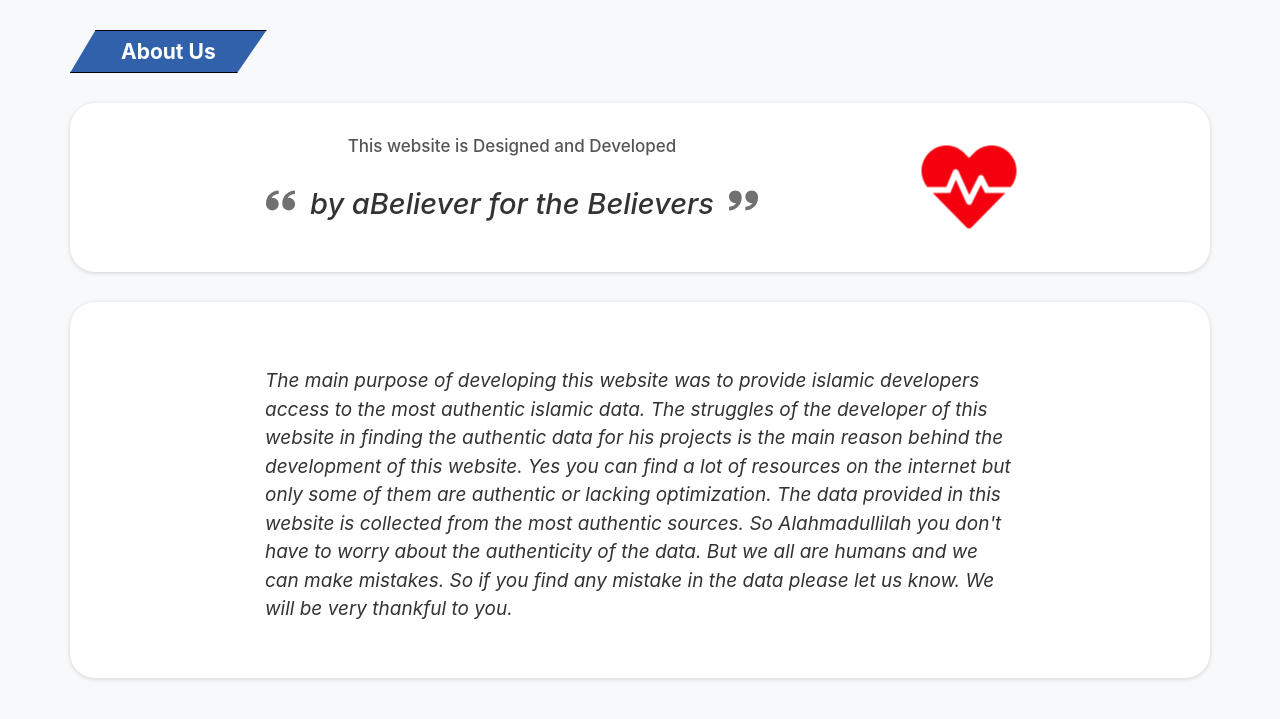
Repository: SpicierEwe/islamic-dev-repo
Page: /legal/about_us
An editor plug-in stored every save of this project. The page is shown before and after the next save, followed by the edit.
The browser window is 1280 px wide. The pictures show the whole page.
The project was rebuilt for these pictures with package versions that can differ from the ones it lists, and the page was loaded fresh each time. The framework's server and built-in components were replaced by stand-ins that run in the browser. Also part of the build but not shown: next.config.js.

Above is the page before, as saved 2022-09-16 17:41:06.

### pages/_app.js
import "../styles/globals.css";
import { DataContextProvider } from "../store/data_context";

function MyApp({ Component, pageProps }) {
  return (
    <DataContextProvider>
      <Component {...pageProps} />
    </DataContextProvider>
  );
}

export default MyApp;

### pages/legal/about_us.js
import AboutUs from "../../components/legal/about_us/about_us";

export default function Legal() {
  return (
    <div>
      <AboutUs></AboutUs>
    </div>
  );
}

### styles/globals.css
html,
body,
div,
span,
applet,
object,
iframe,
h1,
h2,
h3,
h4,
h5,
h6,
p,
blockquote,
pre,
a,
abbr,
acronym,
address,
big,
cite,
code,
del,
dfn,
em,
img,
ins,
kbd,
q,
s,
samp,
small,
strike,
strong,
sub,
sup,
tt,
var,
b,
u,
i,
center,
dl,
dt,
dd,
ol,
ul,
li,
fieldset,
form,
label,
legend,
table,
caption,
tbody,
tfoot,
thead,
tr,
th,
td,
article,
aside,
canvas,
details,
embed,
figure,
figcaption,
footer,
header,
hgroup,
menu,
nav,
output,
ruby,
section,
summary,
time,
mark,
audio,
video {
  margin: 0;
  padding: 0;
  border: 0;
  vertical-align: baseline;
}
/* HTML5 display-role reset for older browsers */
article,
aside,
details,
figcaption,
figure,
footer,
header,
hgroup,
menu,
nav,
section {
  display: block;
}
body {
  line-height: 1;
}
ol,
ul {
  list-style: none;
}
blockquote,
q {
  quotes: none;
}
blockquote:before,
blockquote:after,
q:before,
q:after {
  content: "";
  content: none;
}
table {
  border-collapse: collapse;
  border-spacing: 0;
}

/*

 ////////////////////////////////////////////////////////////////////////////from here are the styles
 //////////////////////////////////////////////////////////////////////////

*/

:root {
  --complementary-blue: #0077b6;
  --heading_black: #080808;
}

html {
  font-size: 62.5%;
}

html,
body {
  padding: 0;
  margin: 0;
  /* font-family: "Roboto", "Open Sans", sans-serif, -apple-system,
    BlinkMacSystemFont, Segoe UI, Roboto, Oxygen, Ubuntu, Cantarell, Fira Sans,
    Droid Sans, Helvetica Neue, sans-serif; */

  font-family: -apple-system, BlinkMacSystemFont, Segoe UI, Roboto, Oxygen,
    Ubuntu, Cantarell, Fira Sans, Droid Sans, Helvetica Neue, sans-serif;
  font-weight: 400;
  line-height: 1;
  color: #555;
  box-sizing: border-box;

  background-color: #f8f9fb;

  /* will make the website unselectable/copyable */
  /* -webkit-touch-callout: none;
  -webkit-user-select: none;
  -khtml-user-select: none;
  -moz-user-select: none;
  -ms-user-select: none;
  user-select: none; */
}

a {
  color: inherit;
  text-decoration: none;
}

* {
  box-sizing: border-box;
}

### store/data_context.js
import { createContext, useState } from "react";

const DataContext = createContext({
  db: [],
  downlodable_data: [],
  globaliseDataFunction: (data) => {},
  globaliseDownloadableData: (data) => {},
});

export function DataContextProvider(props) {
  const [db, setDb] = useState([]);
  const [downlodableData, setdownlodableData] = useState([]);

  // globalize db
  function globaliseData(data) {
    /// will update the data
    setDb(data);
  }

  // globalize db
  function globaliseDownloadableData(data) {
    /// will update the data
    setdownlodableData(data);
  }

  const context = {
    db: db,
    downlodable_data: downlodableData,
    globaliseDataFunction: globaliseData,
    globaliseDownloadableData: globaliseDownloadableData,
  };

  return (
    <DataContext.Provider value={context}>
      {props.children}
    </DataContext.Provider>
  );
}

export default DataContext;

### components/legal/about_us/about_us.js
import styles from "./about_us.module.css";
import Image from "next/image";
import { ImQuotesLeft, ImQuotesRight } from "react-icons/im";
import { FaHeartbeat } from "react-icons/fa";

export default function AboutUs(props) {
  return (
    <div className={styles.bg}>
      <h1 className={styles.page_title}>About Us</h1>
      <div className={styles.container_development}>
        <div>
          <p className={styles.intro}>This website is Designed and Developed</p>
          <blockquote>
            <h3 className={styles.quote}>
              <ImQuotesLeft color="#707070" style={{ marginRight: "1.5rem" }} />
              by aBeliever for the Believers
              <ImQuotesRight color="#707070" style={{ marginLeft: "1.5rem" }} />
            </h3>
          </blockquote>
        </div>
        <div className={styles.heart_icon}>
          <FaHeartbeat size="9rem" color="f4000e" />
        </div>
      </div>
      <div className={styles.container_development}>
        <p className={styles.summary}>
          The main purpose of developing this website was to provide islamic
          developers access to the most authentic islamic data. The struggles of
          the developer of this website in finding the authentic data for his
          projects is the main reason behind the development of this website.
          Yes you can find a lot of resources on the internet but only some of
          them are authentic or lacking optimization. The data provided in this
          website is collected from the most authentic sources. So
          Alahmadullilah you don&apos;t have to worry about the authenticity of
          the data. But we all are humans and we can make mistakes. So if you
          find any mistake in the data please let us know. We will be very
          thankful to you.
        </p>
      </div>
    </div>
  );
}

### components/legal/about_us/about_us.module.css
.bg {
  /* background-color: red; */
  max-width: 120rem;
  padding: 0 3rem;
  margin: 0 auto;
}

.page_title {
  margin-top: 3rem;
  display: inline-block;
  clip-path: polygon(13% 0, 100% 0%, 85% 100%, 0% 100%);
  background-color: #3061aa;
  color: white;
  border: 1px solid black;
  padding: 1rem 5rem;
  font-size: 2.1rem;
}

.container_development {
  justify-content: center;
  align-items: center;
  display: flex;
  border-radius: 2.5rem;
  margin-top: 3rem;
  background-color: white;
  padding: 3.5rem 3rem;
  box-shadow: rgba(0, 0, 0, 0.16) 0px 1px 4px;
  justify-content: space-evenly;
}

.intro {
  text-align: center;
  font-weight: 500;
  color: #555;
  font-size: 1.7rem;
}

.quote {
  margin-top: 3rem;
  color: #333;
  font-weight: 500;
  font-size: 2.9rem;
  font-style: italic;
  padding-bottom: 1.9rem;
  text-align: center;
}

/* heart icon */
.heart_icon {
  animation: heartBeat 1.5s infinite;
}

/* heart icon animation */
@keyframes heartBeat {
  0% {
    transform: scale(1);
  }
  20% {
    transform: scale(1.1);
  }
  40% {
    transform: scale(1);
  }
  60% {
    transform: scale(1.1);
  }
  80% {
    transform: scale(1);
  }
  100% {
    transform: scale(1);
  }
}

.summary {
  margin-top: 3rem;
  max-width: 75rem;

  line-height: 1.5;
  color: #333;
  font-size: 1.9rem;
  font-style: italic;
  padding-bottom: 1.9rem;
}

/* media query */
@media (max-width: 768px) {
  .container_development {
    flex-direction: column;
    row-gap: 1.5rem;
  }
}

After the next save:
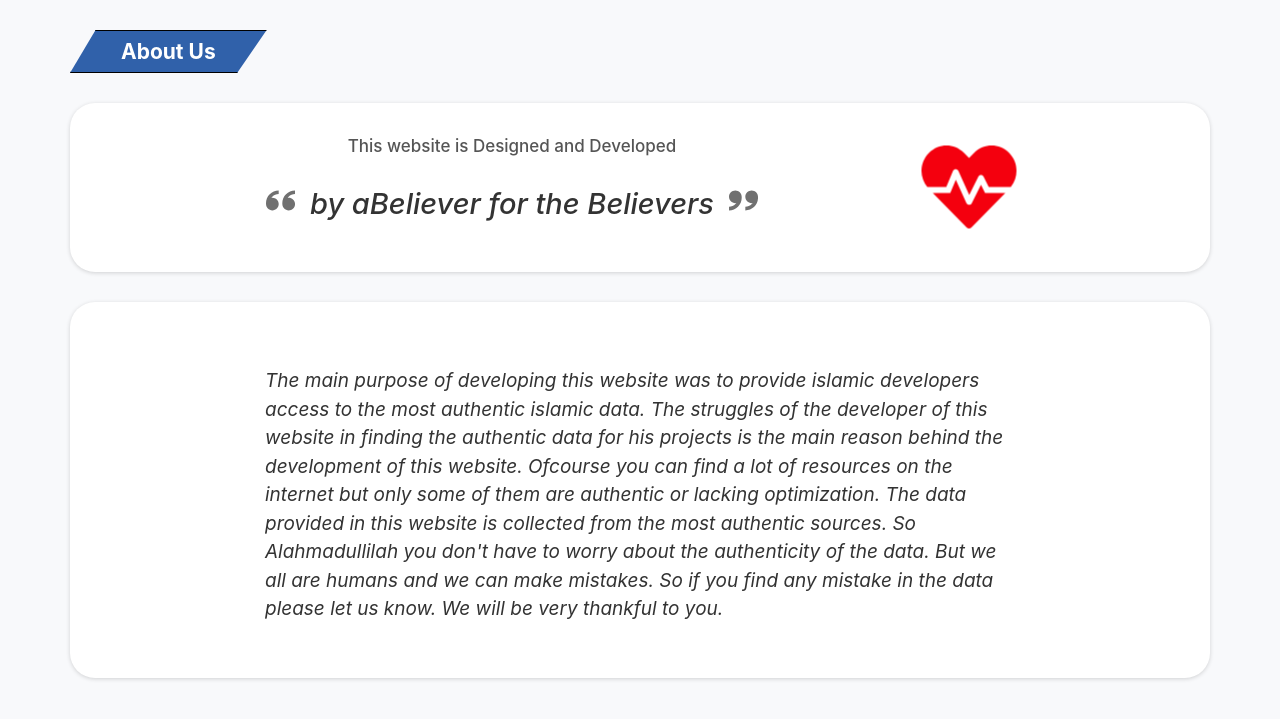
Saved 25 s later.
--- a/components/legal/about_us/about_us.js
+++ b/components/legal/about_us/about_us.js
@@ -28,9 +28,9 @@ export default function AboutUs(props) {
           developers access to the most authentic islamic data. The struggles of
           the developer of this website in finding the authentic data for his
           projects is the main reason behind the development of this website.
-          Yes you can find a lot of resources on the internet but only some of
-          them are authentic or lacking optimization. The data provided in this
-          website is collected from the most authentic sources. So
+          Ofcourse you can find a lot of resources on the internet but only some
+          of them are authentic or lacking optimization. The data provided in
+          this website is collected from the most authentic sources. So
           Alahmadullilah you don&apos;t have to worry about the authenticity of
           the data. But we all are humans and we can make mistakes. So if you
           find any mistake in the data please let us know. We will be very
